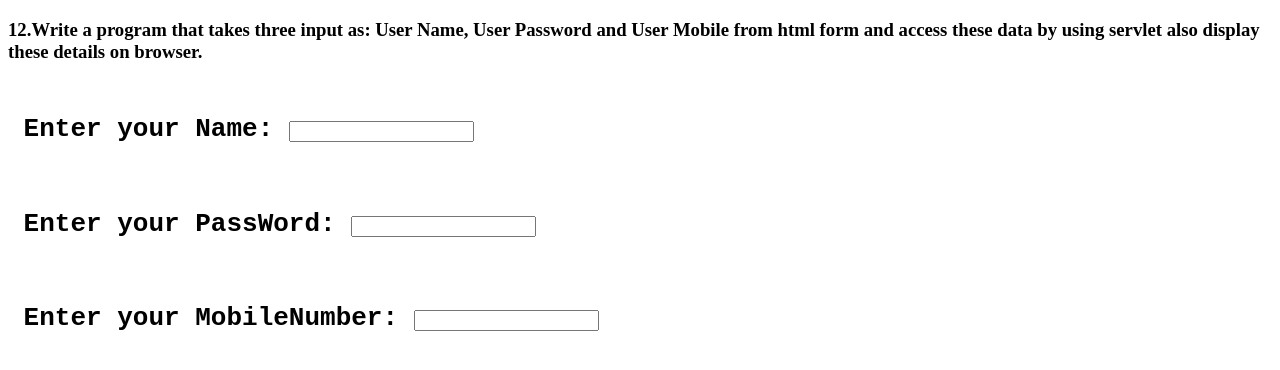
Repository: VIVEKANAND-SINHA/AdvanceJavaTraining
Page: ProjectFileAdvanceJava/src/main/webapp/Question12.html
The author's editor kept a copy of each file at every save. The page is drawn from the files as they stood at one save, then again after the next save.
The browser window is 1280 px wide. The pictures show the whole page.

Above is the page before, as saved 2023-01-26 09:24:31.

### ProjectFileAdvanceJava/src/main/webapp/Question12.html
<!DOCTYPE html>
<html>
<head>
<meta charset="UTF-8">
<title>Insert title here</title>
</head>
<body>
<h3> 12.Write a program that takes three input as: User Name, User Password and User Mobile from html form and
access these data by using servlet also display these details on browser.</h3>
<form method = "post" action = "getdetails">

<pre>
	<h1> Enter your Name: <input type = "text" name = "name"> </h1>
	<h1> Enter your PassWord: <input type = "text" name = "pass"> </h1>
	<h1> Enter your MobileNumber: <input type = "text" name = "number"> </h1>


</pre>
</form>



</body>
</html>

After the next save:
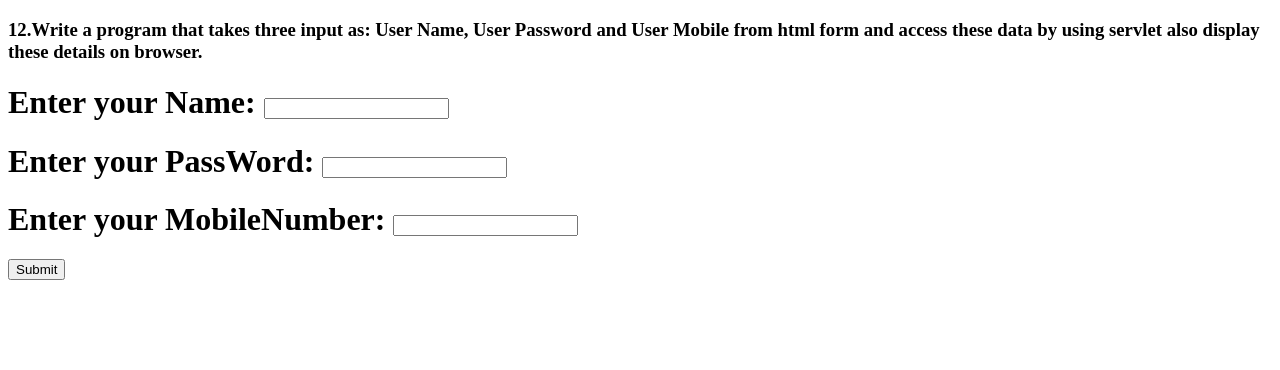
Saved 41 s later.
--- a/ProjectFileAdvanceJava/src/main/webapp/Question12.html
+++ b/ProjectFileAdvanceJava/src/main/webapp/Question12.html
@@ -9,13 +9,11 @@
 access these data by using servlet also display these details on browser.</h3>
 <form method = "post" action = "getdetails">
 
-<pre>
 	<h1> Enter your Name: <input type = "text" name = "name"> </h1>
 	<h1> Enter your PassWord: <input type = "text" name = "pass"> </h1>
 	<h1> Enter your MobileNumber: <input type = "text" name = "number"> </h1>
 
-
-</pre>
+	<button type = "submit">Submit</button>
 </form>
 
 
